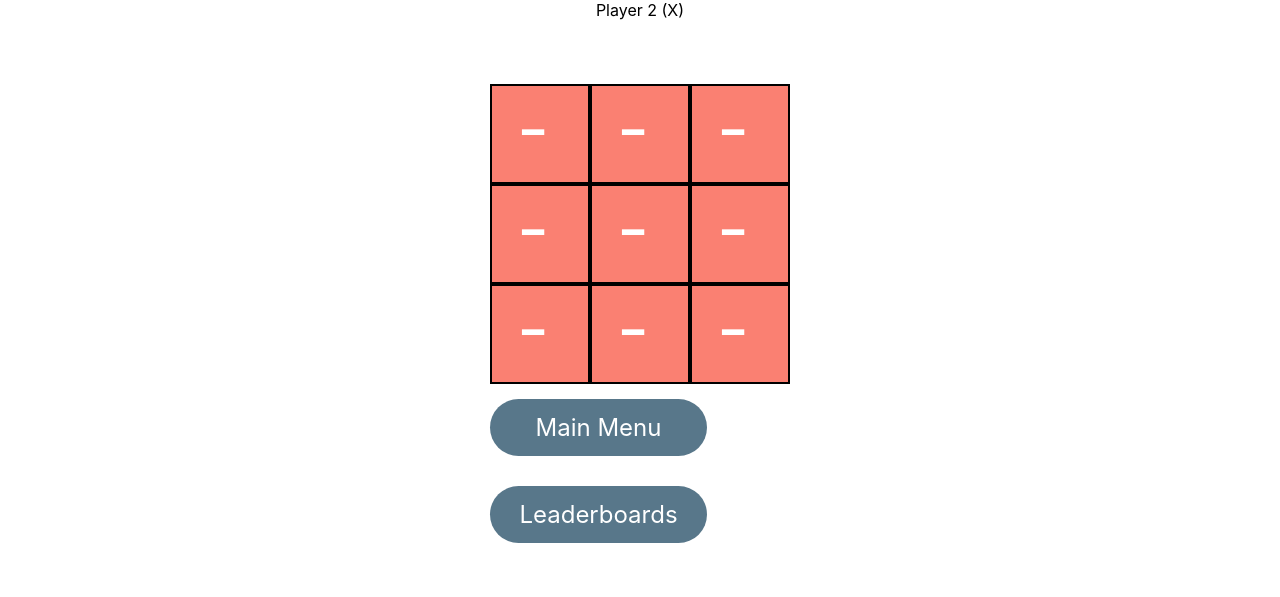
Repository: DawsonGosse/DecisionsGame
Page: /tictacgame (app in web/)
An editor plug-in stored every save of this project. The page is shown before and after a run of saves, followed by the edit.
The browser window is 1280 px wide. The pictures show the whole page.
The project was rebuilt for these pictures with package versions that can differ from the ones it lists, and the page was loaded fresh each time. The framework's server and built-in components were replaced by stand-ins that run in the browser. Also part of the build but not shown: web/next.config.js.

Above is the page before, as saved 2022-01-14 12:35:42.

After the next 2 saves:
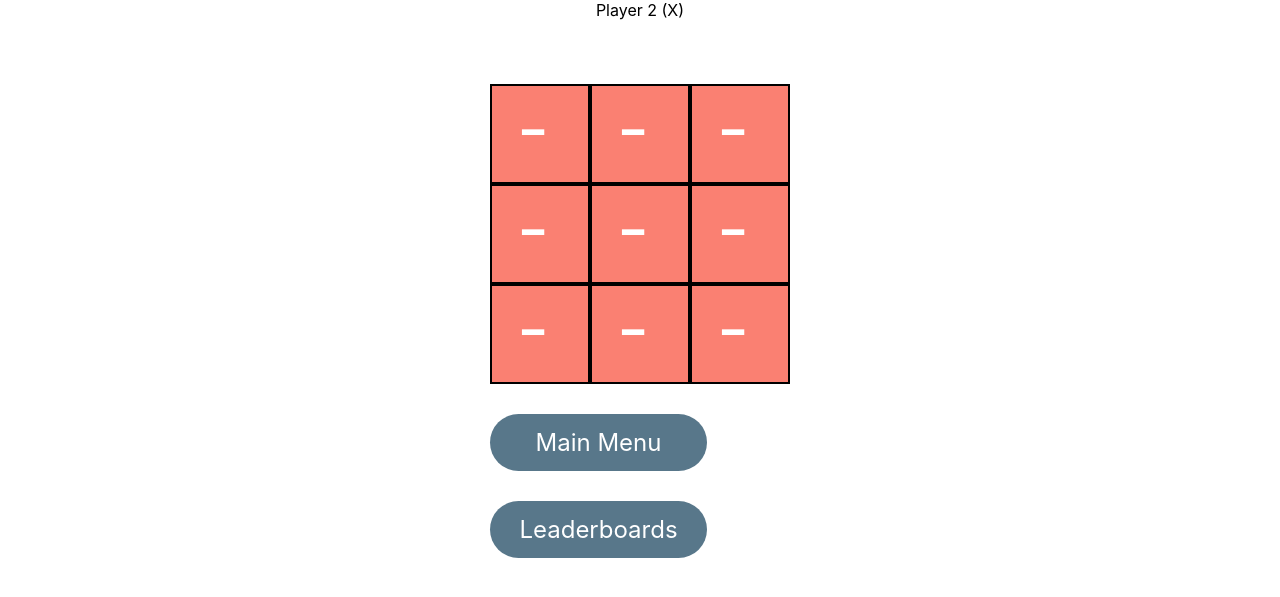
The 2 saves are shown as one change because they came seconds apart.
The last was saved 34 s later.
--- a/web/comps/TicTacToe/Game.js
+++ b/web/comps/TicTacToe/Game.js
@@ -24,7 +24,7 @@ const Buttons = styled.div`
     flex-direction: column;
     justify-content:center;
     align-items:center;
-    margin-top: 5%;
+    margin-top: 30px;
 `
 const LeaderButton = styled.div`
   display: flex;
